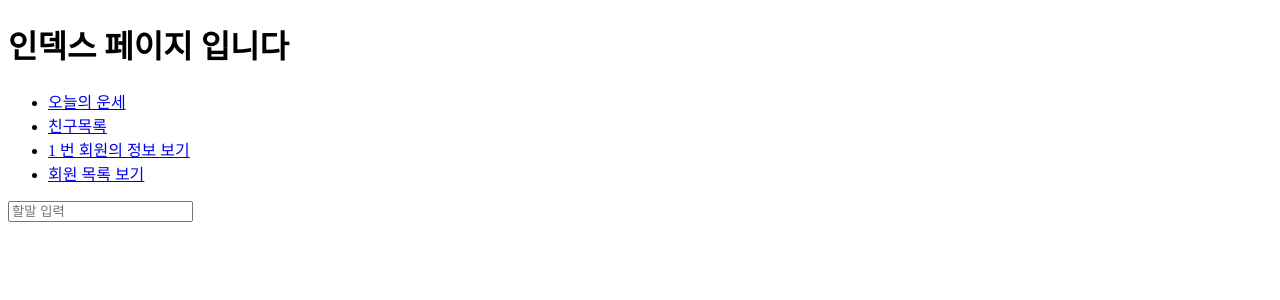
Repository: raehui/web_work
Page: Step01Servlet/src/main/webapp/index.html
These files come from the project's save history. The page is drawn as it stood at one moment and after the next save; the edit follows.
The browser window is 1280 px wide. The pictures show the whole page.

Above is the page before, as saved 2025-01-03 07:14:39.

### Step01Servlet/src/main/webapp/index.html
<!DOCTYPE html>
<html>
<head>
<meta charset="UTF-8">
<title>index.html</title>
</head>
<body>
	<div class="container">
		<h1>인덱스 페이지 입니다</h1>
		<ul>
			<li><a href="fortune">오늘의 운세</a></li>
			<li><a href="friends">친구목록</a></li>
			<li><a href="member?num=1">1 번 회원의 정보 보기</a></li>
			<li><a href="member/list">회원 목록 보기</a></li>
		</ul>
		<form action="send" method="get">
			<input type="text" name="msg" placeholder="할말 입력"/>
		</form>
	</div>
</body>
</html>

After the next save:
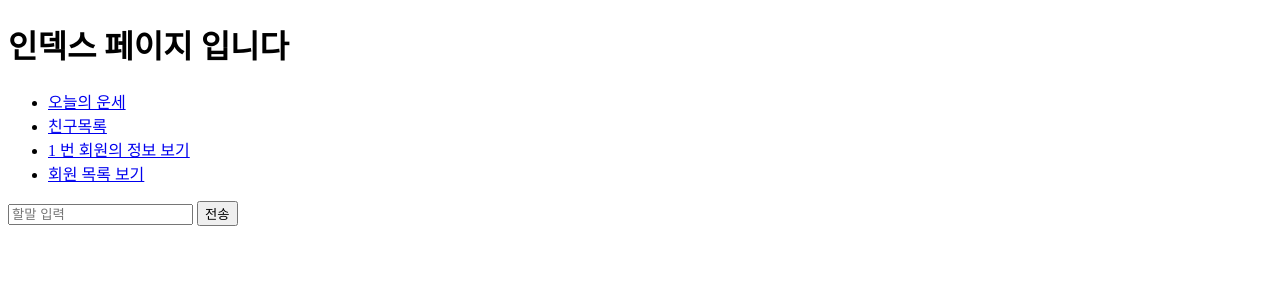
Saved 18 s later.
--- a/Step01Servlet/src/main/webapp/index.html
+++ b/Step01Servlet/src/main/webapp/index.html
@@ -15,6 +15,7 @@
 		</ul>
 		<form action="send" method="get">
 			<input type="text" name="msg" placeholder="할말 입력"/>
+			<button type="submit">전송</button>
 		</form>
 	</div>
 </body>
